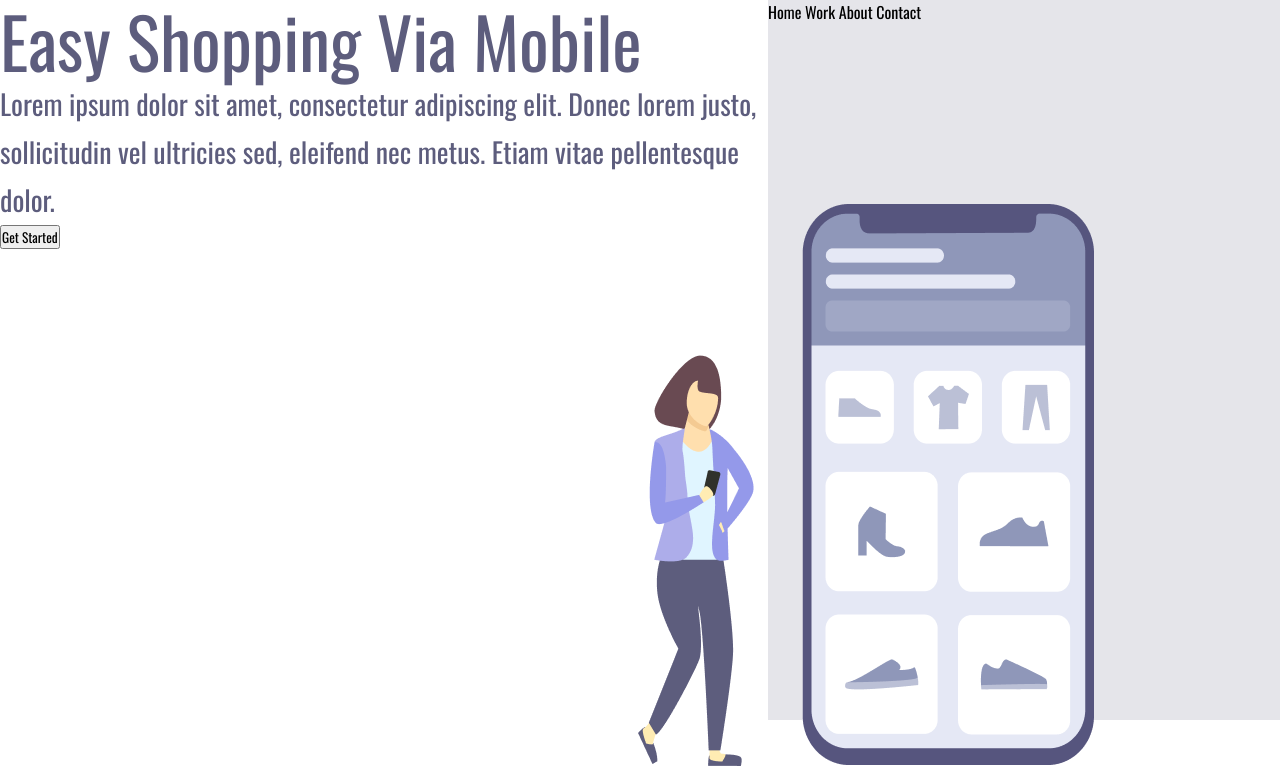
Repository: Leo-Marques-882/Projeto-Git-2
Page: index.html
The author's editor kept a copy of each file at every save. The page is drawn from the files as they stood at one save, then again after the next save.
The browser window is 1280 px wide. The pictures show the whole page.

Above is the page before, as saved 2023-03-06 23:05:38.

### index.html
<!DOCTYPE html>
<html lang="pt_br">

<head>
    <meta charset="UTF-8">
    <meta http-equiv="X-UA-Compatible" content="IE=edge">
    <meta name="viewport" content="width=device-width, initial-scale=1.0">
    <link rel="stylesheet" href="styless.css">
    <link rel="preconnect" href="https://fonts.googleapis.com">
    <link rel="preconnect" href="https://fonts.gstatic.com" crossorigin>
    <link href="https://fonts.googleapis.com/css2?family=Oswald&display=swap" rel="stylesheet">

    <title>Projeto 1</title>
</head>

<body>
    <div class="wrapper">
        <section class="container-left">
            <h1>Easy Shopping Via Mobile</h1>
            <p>Lorem ipsum dolor sit amet, consectetur adipiscing
                elit. Donec lorem justo, sollicitudin vel ultricies sed,
                eleifend nec metus. Etiam vitae pellentesque dolor. </p>
            <button>Get Started</button>
        </section>
        <section class="container-right">
            <header>
                <a>Home</a>
                <a>Work</a>
                <a>About</a>
                <a>Contact</a>
            </header>
            <img src="./img/Illustration.png" alt="girl-cellphone">
        </section>
    </div>
</body>

</html>

### styless.css
* {
    margin: 0;
    padding: 0;
    box-sizing: border-box;
    font-family: 'Oswald', sans-serif;
}

.wapper {
    height: 100vh;
    ;
    width: 100vw;
}

.container-left {
    display: inline-block;
    width: 60%;
}

h1 {
    font-weight: 400;
    font-size: 70px;
    line-height: 80px;
    color: #5D5D7D;
}

p {
    font-weight: 400;
    font-size: 28px;
    line-height: 48px;
    color: #5D5D7D;
}

.container-right {
    display: inline-block;
    background-color: rgba(93, 93, 125, 0.16);
    height: 100vh;
    width: 40%;
    position: absolute;
}

img {
    position: relative;
    top: 25%;
    right: 130px;
}

After the next save:
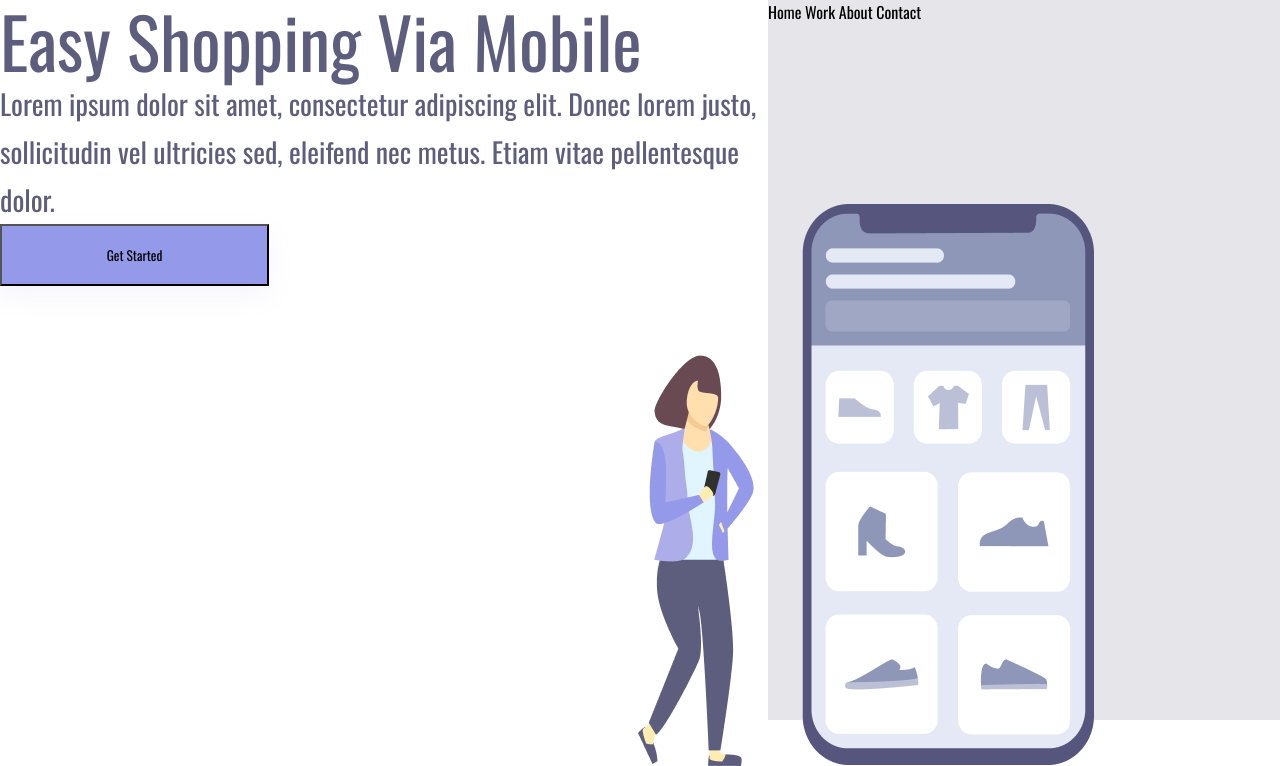
Saved 117 s later.
--- a/styless.css
+++ b/styless.css
@@ -30,6 +30,13 @@
     color: #5D5D7D;
 }
 
+button {
+    width: 269px;
+    height: 62px;
+    background: #9499EA;
+    box-shadow: 0px 10px 24px rgba(148, 153, 234, 0.0979959);
+}
+
 .container-right {
     display: inline-block;
     background-color: rgba(93, 93, 125, 0.16);
